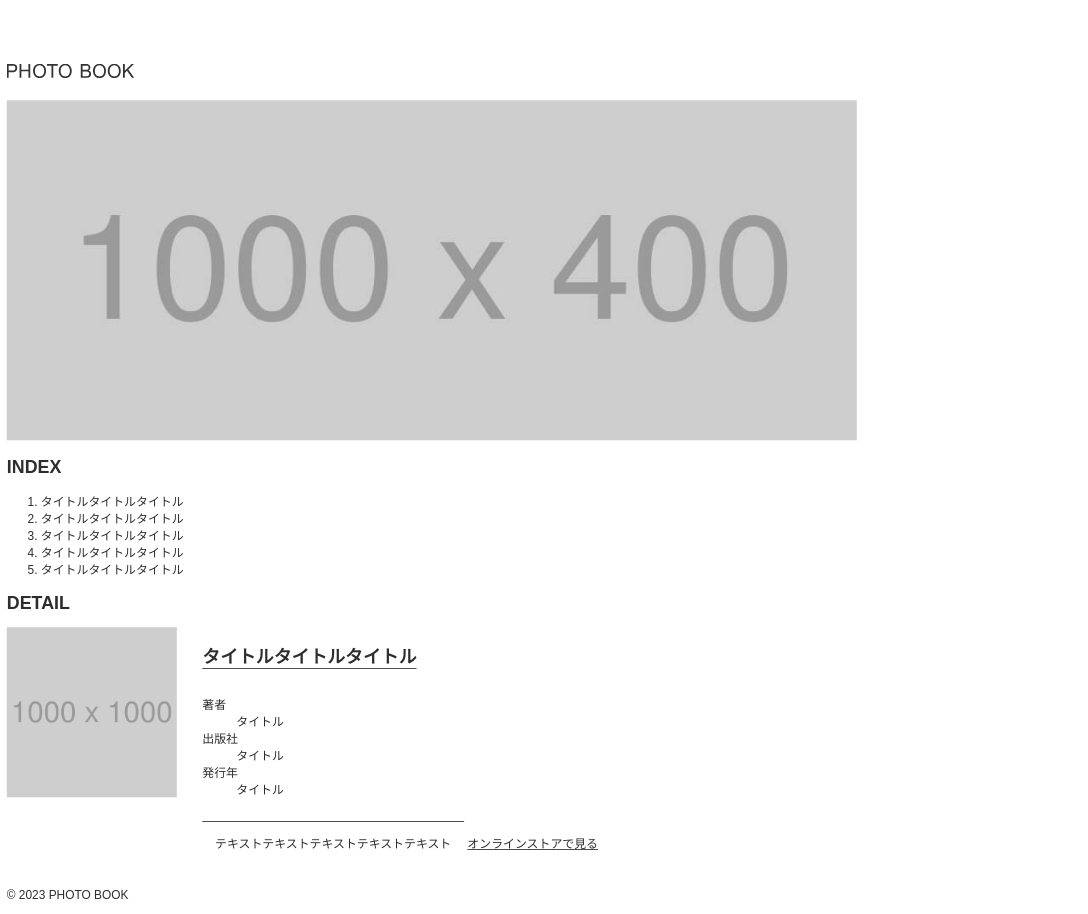
Repository: Fuki-san/photo-book-1
Page: http://localhost/photo
An editor plug-in stored every save of this project. The page is shown before and after the next save, followed by the edit.
The browser window is 1280 px wide. The pictures show the whole page, at 85% of full size.
The page is served by the project's Laravel application, run on PHP 8.4 with Laravel 10.

Above is the page before, as saved 2023-11-26 16:26:23.

After the next save:
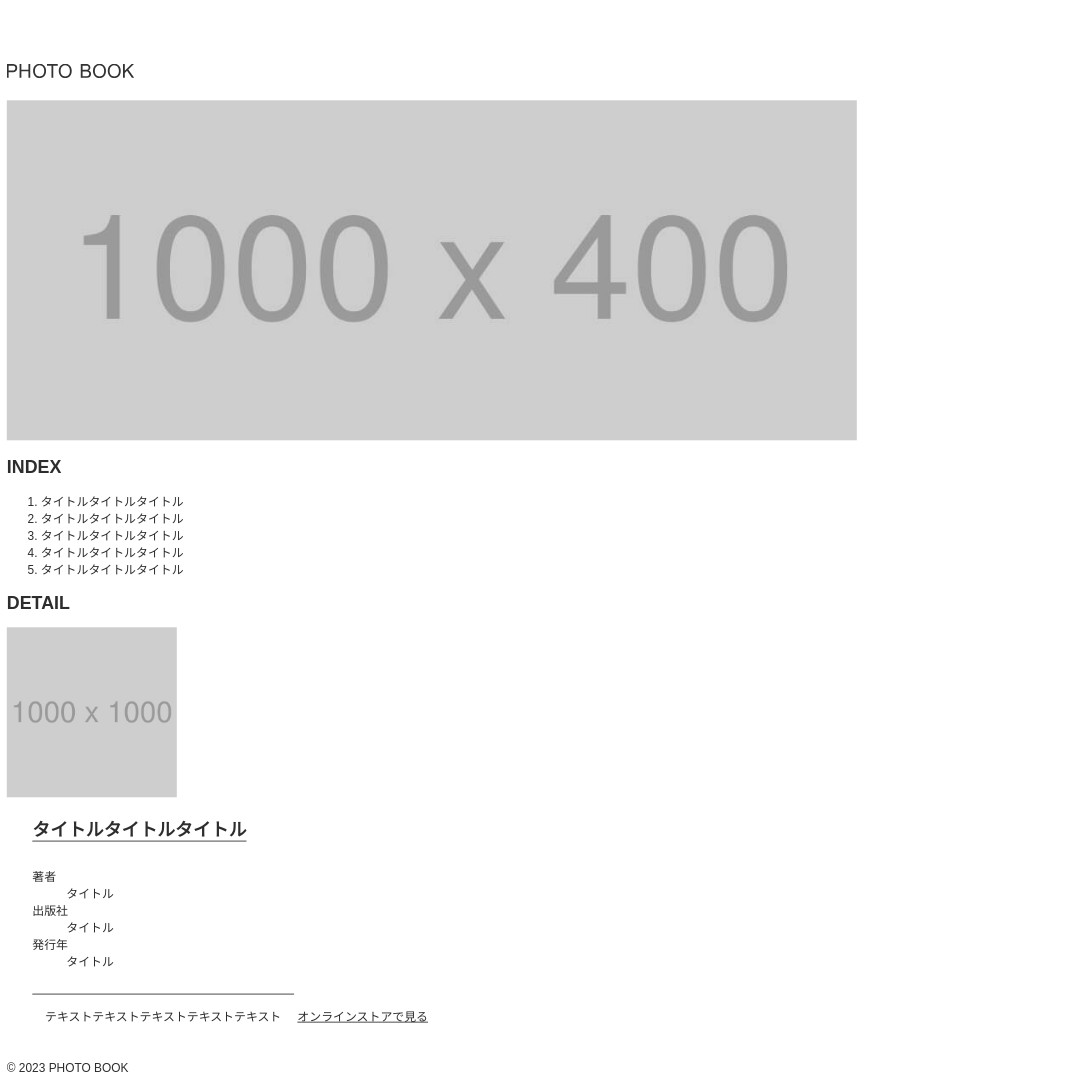
Saved 65 s later.
--- a/resources/views/photo.blade.php
+++ b/resources/views/photo.blade.php
@@ -29,7 +29,7 @@
             <section id="detail">
                 <div class="inner">
                     <h2 class="sec-title">DETAIL</h2>
-                    <div class="flex-item">
+                    <div class="content">
                         <div class="detail-img">
                             <img src="img/detail.jpg">
                         </div>
